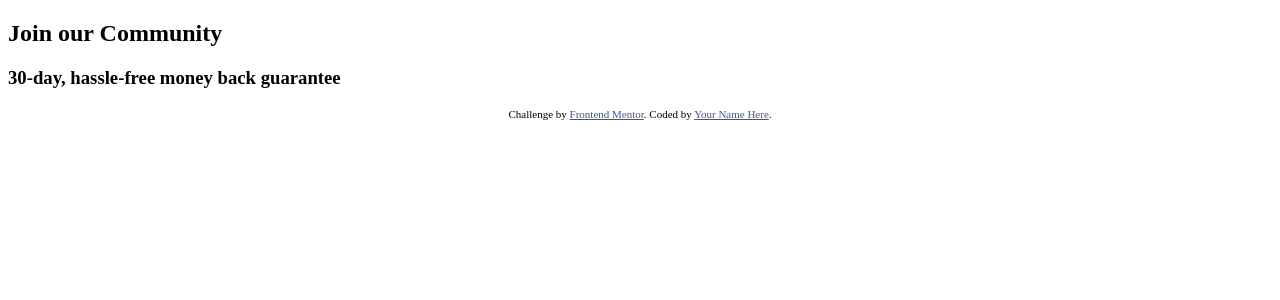
Repository: OmniaRafat232111121/single-price-grid-component-master
Page: index.html
These files come from the project's save history. The page is drawn as it stood at one moment and after a run of saves; the edit follows.
The browser window is 1280 px wide. The pictures show the whole page.

Above is the page before, as saved 2022-06-28 00:09:04.

### index.html
<!DOCTYPE html>
<html lang="en">
<head>
  <meta charset="UTF-8">
  <meta name="viewport" content="width=device-width, initial-scale=1.0"> <!-- displays site properly based on user's device -->

  <link rel="icon" type="image/png" sizes="32x32" href="./images/favicon-32x32.png">

  <title>Frontend Mentor | Single Price Grid Component</title>

  <!-- Feel free to remove these styles or customise in your own stylesheet 👍 -->
  <style>
    .attribution { font-size: 11px; text-align: center; }
    .attribution a { color: hsl(228, 45%, 44%); }
  </style>
</head>
<body>

  <di class="card">
    <section class="bg-white section ">
      <h2>Join our Community</h2>
      <h3>30-day, hassle-free money back guarantee</h3>

    </section>
  </di>
  <footer>
    <p class="attribution">
      Challenge by <a href="https://www.frontendmentor.io?ref=challenge" target="_blank">Frontend Mentor</a>.
      Coded by <a href="#">Your Name Here</a>.
    </p>
  </footer>
</body>
</html>

After the next 4 saves:
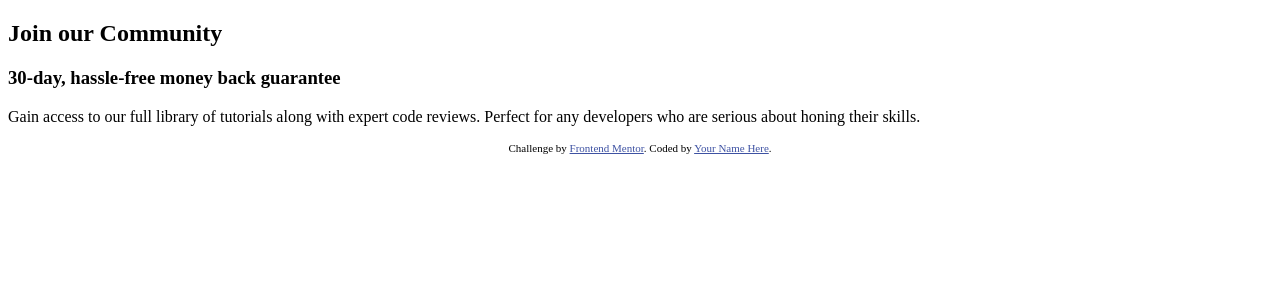
The 4 saves are shown as one change because they came seconds apart.
The last was saved 15 s later.
--- a/index.html
+++ b/index.html
@@ -20,6 +20,7 @@
     <section class="bg-white section ">
       <h2>Join our Community</h2>
       <h3>30-day, hassle-free money back guarantee</h3>
+      <p>Gain access to our full library of tutorials along with expert code reviews. Perfect for any developers who are serious about honing their skills.</p>
 
     </section>
   </di>
